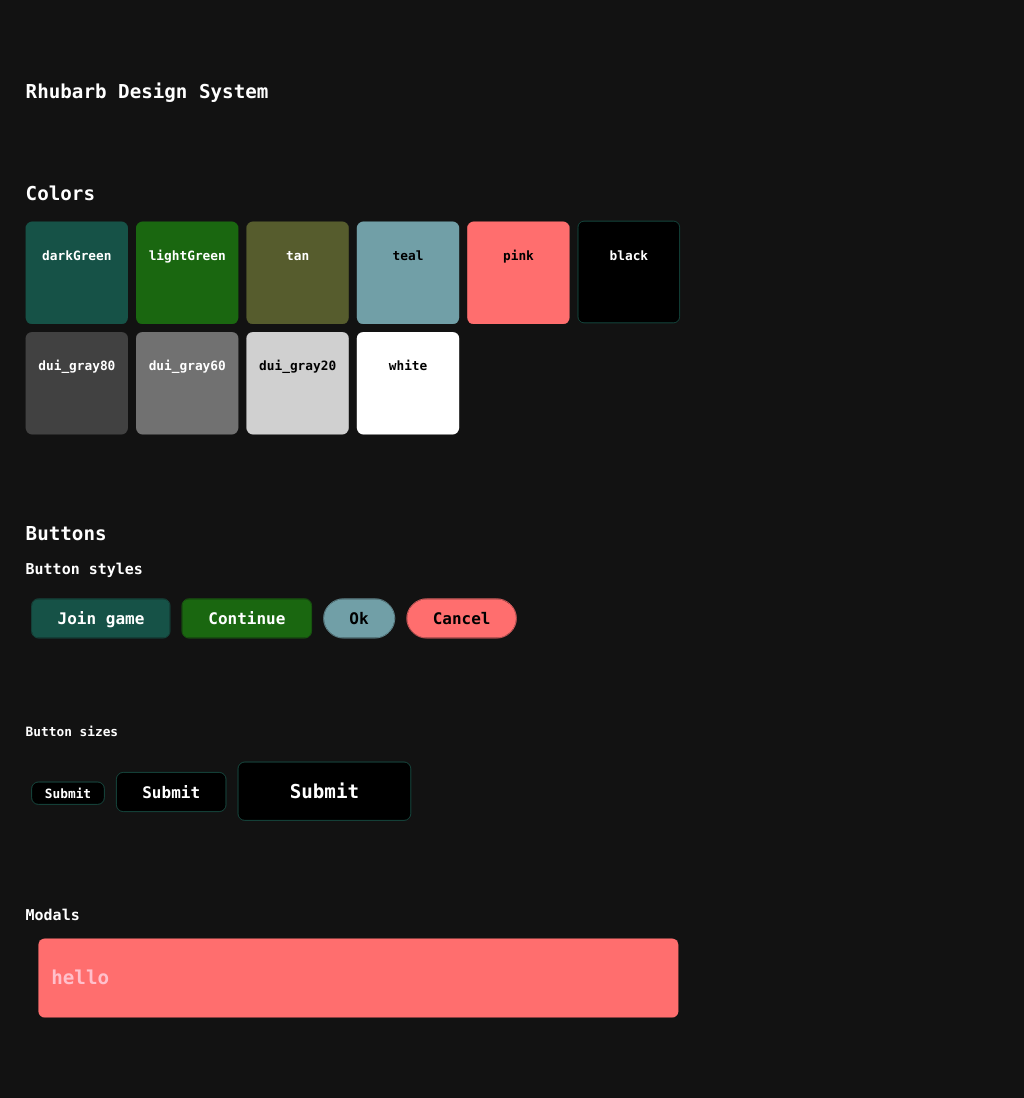
Repository: kttalley/designing-with-data_react-class
Page: / (app in lesson6_design-system-component-extension/)
The author's editor kept a copy of each file at every save. The page is drawn from the files as they stood at one save, then again after the next save.
The browser window is 1280 px wide. The pictures show the whole page, at 80% of full size.
The project was rebuilt for these pictures with package versions that can differ from the ones it lists, and the page was loaded fresh each time. Also part of the build but not shown: lesson6_design-system-component-extension/src/Rhubarb/Icon.js. Imported but missing from the stored project, and not drawn on this page: lesson6_design-system-component-extension/src/Rhubarb/Input.

Above is the page before, as saved 2023-08-31 15:39:03.

After the next save:
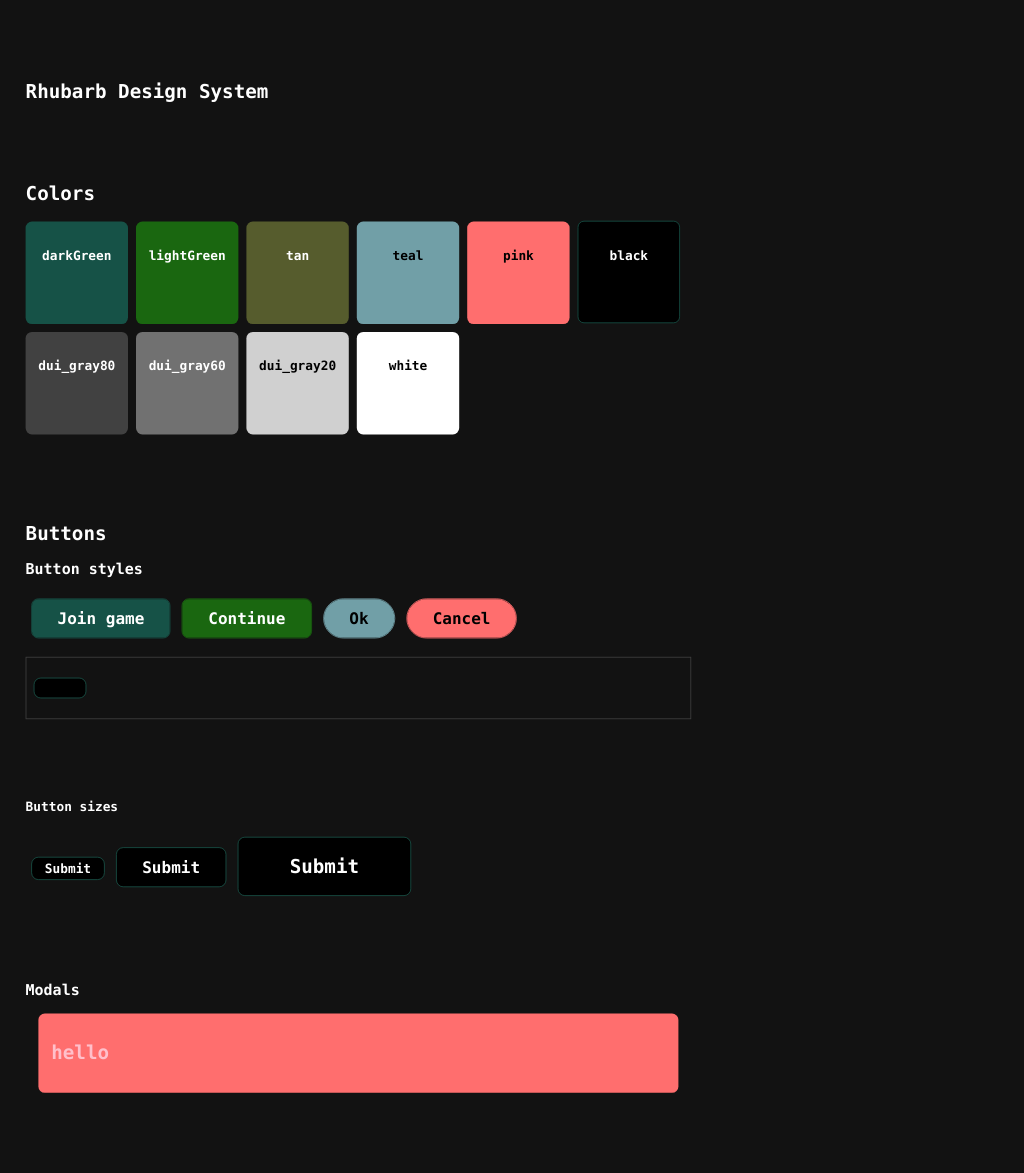
Saved 83 s later.
--- a/lesson6_design-system-component-extension/src/App.js
+++ b/lesson6_design-system-component-extension/src/App.js
@@ -37,6 +37,11 @@ class App extends Component {
           <Btn color="lightGreen">Continue</Btn>
           <Btn color="teal"  roundness="pill">Ok</Btn>
           <Btn color="pink"  roundness="pill">Cancel</Btn>
+          <DocsCodeBlock>
+            <p>
+              <Btn></Btn>
+            </p>
+          </DocsCodeBlock>
       </DocsSection>
       <DocsSection>
           <h4>Button sizes</h4>
